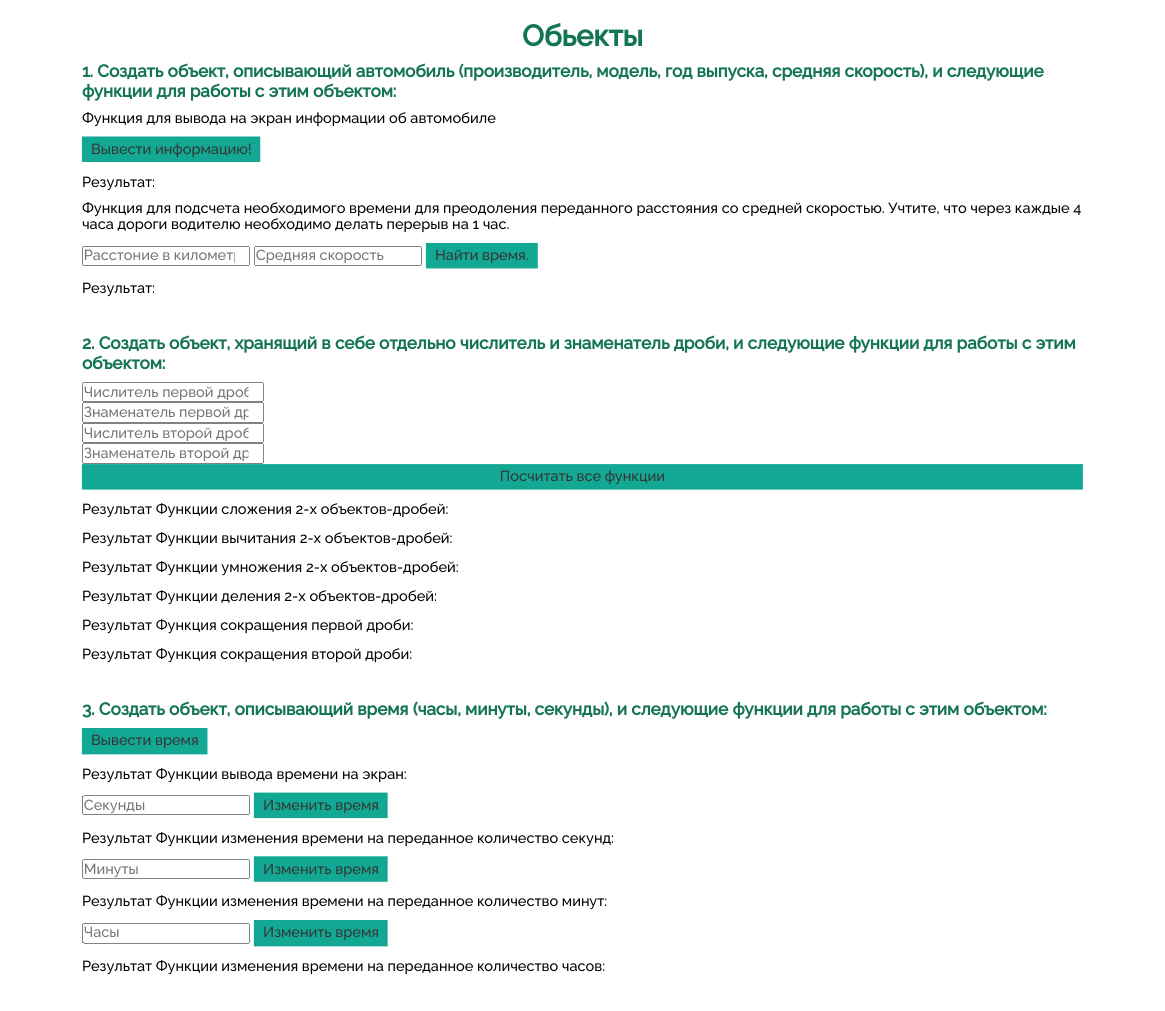
Repository: NastyaGavrilova/Beetroot-js
Page: HW4/index.html
These files come from the project's save history. The page is drawn as it stood at one moment and after the next save; the edit follows.
The browser window is 1280 px wide. The pictures show the whole page, at 91% of full size.

Above is the page before, as saved 2021-10-23 17:35:14.

### HW4/index.html
<!DOCTYPE html>
<html lang="en">
  <head>
    <meta charset="UTF-8" />
    <meta http-equiv="X-UA-Compatible" content="IE=edge" />
    <meta name="viewport" content="width=device-width, initial-scale=1.0" />
    <link
      rel="stylesheet"
      href="https://cdnjs.cloudflare.com/ajax/libs/normalize/8.0.1/normalize.min.css"
      integrity="sha512-NhSC1YmyruXifcj/KFRWoC561YpHpc5Jtzgvbuzx5VozKpWvQ+4nXhPdFgmx8xqexRcpAglTj9sIBWINXa8x5w=="
      crossorigin="anonymous"
      referrerpolicy="no-referrer"
    />
    <link rel="stylesheet" href="./index.css" />
    <link rel="shortcut icon" href="./favicon.ico" type="image/x-icon" />
    <style>
      @import url("https://fonts.googleapis.com/css2?family=Raleway:wght@300;500&display=swap");
    </style>
    <title>Objects</title>
  </head>
  <body>
    <header class="c-header">
      <div class="c-header__wrapper">
        <h1 class="c-header__title title">Обьекты</h1>
      </div>
    </header>

    <section class="c-task1 task">
      <div class="c-task1__wrapper">
        <h3 class="c-task1__title title">
          1. Создать объект, описывающий автомобиль (производитель, модель, год
          выпуска, средняя скорость), и следующие функции для работы с этим
          объектом:
        </h3>
        <p class="c-task1__paragraph">
          Функция для вывода на экран информации об автомобиле
        </p>
        <button class="c-task1__btn" id="js-task1-btn">
          Вывести информацию!
        </button>
        <p class="c-task1__result">
          Результат: <span id="js-tak1-span"></span>
        </p>
        <p class="c-task1__subparagraph">
          Функция для подсчета необходимого времени для преодоления переданного
          расстояния со средней скоростью. Учтите, что через каждые 4 часа
          дороги водителю необходимо делать перерыв на 1 час.
        </p>
        <form action="#" method="post" id="js-tak1-form">
          <input
            type="number"
            id="js-task1-input1"
            placeholder="Расстоние в километрах"
          />
          <input
            type="number"
            id="js-task1-input2"
            placeholder="Средняя скорость"
          />
          <button id="js-task1-btn1">Найти время.</button>
        </form>
        <p class="c-task1__result">
          Результат: <span id="js-task1-span1"></span>
        </p>
      </div>
    </section>

    <section class="c-task2 task">
      <div class="c-task2__wrapper">
        <h3 class="c-task2__title title">
          2. Создать объект, хранящий в себе отдельно числитель и знаменатель
          дроби, и следующие функции для работы с этим объектом:
        </h3>

        <form action="#" class="c-task2-form" method="get">
          <div class="c-task2-form__wrapper">
            <input
              type="number"
              class="c-input"
              id="js-task2-input1"
              placeholder="Числитель первой дроби"
            />
            <input
              type="number"
              class="c-input"
              id="js-task2-input2"
              placeholder="Знаменатель первой дроби"
            />
            <input
              class="c-input"
              type="number"
              id="js-task2-input3"
              placeholder="Числитель второй дроби"
            />
            <input
              type="number"
              class="c-input"
              id="js-task2-input4"
              placeholder="Знаменатель второй дроби"
            />

            <button id="js-task2-btn">Посчитать все функции</button>
          </div>
        </form>
        <p class="c-task2__result">
          Результат Функции сложения 2-х объектов-дробей:
          <span id="js-task2-span1"></span>
        </p>
        <p class="c-task2__result">
          Результат Функции вычитания 2-х объектов-дробей:
          <span id="js-task2-span2"></span>
        </p>
        <p class="c-task2__result">
          Результат Функции умножения 2-х объектов-дробей:
          <span id="js-task2-span3"></span>
        </p>
        <p class="c-task2__result">
          Результат Функции деления 2-х объектов-дробей:
          <span id="js-task2-span4"></span>
        </p>
        <p class="c-task2__result">
          Результат Функция сокращения первой дроби:
          <span id="js-task2-span5"></span>
        </p>
        <p class="c-task2__result">
          Результат Функция сокращения второй дроби:
          <span id="js-task2-span6"></span>
        </p>
      </div>
    </section>

    <section class="c-task3 task">
      <div class="c-task3__wrapper">
        <h3 class="c-task3__title title">
          3. Создать объект, описывающий время (часы, минуты, секунды), и
          следующие функции для работы с этим объектом:
        </h3>
        <button id="js-task3-btn1">Вывести время</button>
        <p class="c-task3__result">
          Результат Функции вывода времени на экран:
          <span id="js-task3-span1"></span>
        </p>
        <form action="#" class="c-task2-form1" method="get">
          <input type="number" id="js-task3-input1" placeholder="Секунды" />
          <button id="js-task3-btn2">Изменить время</button>
        </form>
        <p class="c-task3__result">
          Результат Функции изменения времени на переданное количество секунд:
          <span id="js-task3-span2"></span>
        </p>
        <form action="#" class="c-task2-form2" method="get">
          <input type="number" id="js-task3-input2" placeholder="Минуты" />
          <button id="js-task3-btn3">Изменить время</button>
        </form>
        <p class="c-task3__result">
          Результат Функции изменения времени на переданное количество минут:
          <span id="js-task3-span3"></span>
        </p>
        <form action="#" class="c-task2-form3" method="get">
          <input type="number" id="js-task3-input3" placeholder="Часы" />
          <button id="js-task3-btn4">Изменить время</button>
        </form>
        <p class="c-task3__result">
          Результат Функции изменения времени на переданное количество часов:
          <span id="js-task3-span4"></span>
        </p>
        <!-- <p class="c-task3__result">
          Результат Функции изменения времени на переданное количество секунд:
          <span id="js-task3-span2"></span>
        </p>
        <p class="c-task3__result">
          Результат Функции изменения времени на переданное количество минут:
          <span id="js-task3-span3"></span>
        </p>
        <p class="c-task3__result">
          Результат Функции изменения времени на переданное количество часов:
          <span id="js-task3-span4"></span> -->
        <!-- </p> -->
      </div>
    </section>
    <script src="./index.js"></script>
  </body>
</html>

### HW4/index.css
* {
  box-sizing: border-box;
  padding: 0;
  margin: 0;
}

body {
  max-width: 1200px;
  margin: 0 auto;
  font-family: "Raleway", sans-serif;
}
.c-header {
  text-align: center;
}

.task {
  padding: 0 50px 30px 50px;
}
.title {
  margin-bottom: 10px;
  color: rgb(20, 117, 85);
}
p {
  margin-bottom: 10px;
  font-weight: 500;
}
span {
  font-size: 19px;
  font-weight: 500;
}
button {
  border: none;
  background-color: rgb(19, 168, 148);
  color: rgb(54, 53, 53);
  margin-bottom: 10px;
  font-weight: 500;
  padding: 5px 10px;
  cursor: pointer;
}
button:active {
  transform: scale(0.9);
}
.c-task2-form__wrapper {
  display: flex;
  flex-direction: column;
}
.c-input {
  max-width: 200px;
}

/* display: flex;
flex-direction: column; */

### HW4/index.js
// task 1
let car = {
  producer: "Volkswagen",
  model: "Tiguan",
  year: 2007,
  avgSpeed: 120,
};

let btn1 = document.getElementById("js-task1-btn");
btn1.addEventListener("click", (e) => {
  let information = document.getElementById("js-tak1-span");
  return (information.innerHTML =
    "Producer: " +
    car.producer +
    ",\nModel: " +
    car.model +
    ",\nAge of issue: " +
    car.year +
    ",\nAverage speed: " +
    car.avgSpeed +
    " km/h");
});

let btn1_1 = document.getElementById("js-task1-btn1");
btn1_1.addEventListener("click", (event) => {
  event.preventDefault();
  const distance = document.getElementById("js-task1-input1");
  const averageSpeed = document.getElementById("js-task1-input2");
  let time = document.getElementById("js-task1-span1");
  let timeInWay = Math.round(distance.value / averageSpeed.value);
  let timeInRest =
    timeInWay % 4 == 0 ? ((timeInWay / 4) | 0) - 1 : (timeInWay / 4) | 0;
  let timeTotal = timeInWay + timeInRest;
  return (time.innerHTML = timeTotal);
});

// task 2
let firstNumerator = document.getElementById("js-task2-input1");
let firstDenominator = document.getElementById("js-task2-input2");
let secondNumerator = document.getElementById("js-task2-input3");
let secondDenominator = document.getElementById("js-task2-input4");

function Fraction(upNumber, downNumber) {
  return { upNumber: upNumber, downNumber: downNumber };
}
let firstFraction = Fraction(firstNumerator, firstDenominator);
let secondFraction = Fraction(secondNumerator, secondDenominator);

function fracAddition(obj1, obj2) {
  let addition = document.getElementById("js-task2-span1");
  let resultUpNumber =
    obj1.upNumber.value * obj2.downNumber.value +
    obj2.upNumber.value * obj1.downNumber.value;
  let resultDownNumber = obj1.downNumber.value * obj2.downNumber.value;
  if (obj1.upNumber.value != 0 || obj2.upNumber.value != 0) {
    if (obj1.downNumber.value != 0 && obj2.downNumber.value != 0) {
      return (addition.innerHTML = `${resultUpNumber}/${resultDownNumber}`);
    } else {
      return (addition.innerHTML = "Деление на 0 невозможно!");
    }
  } else {
    return (addition.innerHTML = 0);
  }
}
function fracSubtraction(obj1, obj2) {
  let subtraction = document.getElementById("js-task2-span2");
  let resultUpNumber =
    obj1.upNumber.value * obj2.downNumber.value -
    obj2.upNumber.value * obj1.downNumber.value;
  let resultDownNumber = obj1.downNumber.value * obj2.downNumber.value;
  if (obj1.upNumber.value != 0 || obj2.upNumber.value != 0) {
    if (obj1.downNumber.value != 0 && obj2.downNumber.value != 0) {
      return (subtraction.innerHTML = `${resultUpNumber}/${resultDownNumber}`);
    } else {
      return (subtraction.innerHTML = "Деление на 0 невозможно!");
    }
  } else {
    return (subtraction.innerHTML = 0);
  }
}
function fracMiltiplicatin(obj1, obj2) {
  let multiplication = document.getElementById("js-task2-span3");
  let resultUpNumber = obj1.upNumber.value * obj2.upNumber.value;
  let resultDownNumber = obj1.downNumber.value * obj2.downNumber.value;
  if (obj1.upNumber.value != 0 && obj2.upNumber.value != 0) {
    if (obj1.downNumber.value != 0 && obj2.downNumber.value != 0) {
      return (multiplication.innerHTML = `${resultUpNumber}/${resultDownNumber}`);
    } else {
      return (multiplication.innerHTML = "Деление на 0 невозможно!");
    }
  } else {
    return (multiplication.innerHTML = 0);
  }
}
function fracDevision(obj1, obj2) {
  let devision = document.getElementById("js-task2-span4");
  let resultUpNumber = obj1.upNumber.value * obj2.downNumber.value;
  let resultDownNumber = obj1.downNumber.value * obj2.upNumber.value;
  if (obj1.downNumber.value != 0 && obj2.upNumber.value != 0) {
    if (obj1.upNumber.value != 0 && obj2.downNumber.value != 0) {
      return (devision.innerHTML = `${resultUpNumber}/${resultDownNumber}`);
    } else {
      return (devision.innerHTML = 0);
    }
  } else {
    return (devision.innerHTML = "Деление на 0 невозможно!");
  }
}

function fracReductionFirst(obj1) {
  let reduction = document.getElementById("js-task2-span5");
  let n;
  let d;

  for (var i = 2; i <= obj1.upNumber.value; i++) {
    if (obj1.upNumber.value % i === 0 && obj1.downNumber.value % i === 0) {
      (n = obj1.upNumber.value / i), (d = obj1.downNumber.value / i);
    }
  }

  if (obj1.upNumber.value != 0) {
    if (obj1.downNumber.value != 0) {
      return (reduction.innerHTML = n + "/" + d);
    } else {
      return (reduction.innerHTML = "Деление на 0 невозможно!");
    }
  } else {
    return (reduction.innerHTML = "Невозможно сократить дробь");
  }
}
function fracReductionSeocnd(obj2) {
  let reduction1 = document.getElementById("js-task2-span6");
  let n1;
  let d1;
  for (var j = 2; j <= obj2.upNumber.value; j++) {
    if (obj2.upNumber.value % j === 0 && obj2.downNumber.value % j === 0) {
      (n1 = obj2.upNumber.value / j), (d1 = obj2.downNumber.value / j);
    }
  }
  if (obj2.upNumber.value != 0) {
    if (obj2.downNumber.value != 0) {
      return (reduction1.innerHTML = n1 + "/" + d1);
    } else {
      return (reduction1.innerHTML = "Деление на 0 невозможно!");
    }
  } else {
    return (reduction1.innerHTML = "Невозможно сократить дробь");
  }
}
let btn2 = document.getElementById("js-task2-btn");
btn2.addEventListener("click", (et) => {
  et.preventDefault();
  fracAddition(firstFraction, secondFraction);
  fracSubtraction(firstFraction, secondFraction);
  fracMiltiplicatin(firstFraction, secondFraction);
  fracDevision(firstFraction, secondFraction);
  fracReductionFirst(firstFraction);
  fracReductionSeocnd(secondFraction);
});

// task 3

let btn3 = document.getElementById("js-task3-btn1");
let btn31 = document.getElementById("js-task3-btn2");
let btn32 = document.getElementById("js-task3-btn3");
let btn33 = document.getElementById("js-task3-btn4");

let objTime = {
  hours: 12,
  minutes: 45,
  seconds: 17,
  showTime: function (spanEl) {
    return (spanEl.innerHTML = `${this.hours}:${this.minutes}:${this.seconds}`);
  },
  addSeconds: function (seconds) {
    if (seconds <= 0) {
      alert("You entered incorrect time!");
    } else if (seconds + this.seconds >= 60) {
      let differenceMin = Math.floor((this.seconds + seconds) / 60);
      this.seconds = (this.seconds + seconds) % 60;
      this.addMinutes(differenceMin);
    } else {
      this.seconds += seconds;
    }
  },
  addMinutes: function (minutes) {
    if (minutes <= 0) {
      alert("You entered incorrect time!!!");
    } else if (this.minutes + minutes >= 60) {
      let differenceHours = Math.floor((this.minutes + minutes) / 60);
      this.minutes = (this.minutes + minutes) % 60;

      this.addHours(differenceHours);
    } else {
      this.minutes += minutes;
    }
  },
  addHours: function (hours) {
    if (hours <= 0) {
      alert("You entered incorrect time!");
    } else if (hours + this.hours >= 24) {
      this.hours = (this.hours + hours) % 24;
      console.log(hours);
    } else {
      this.hours += hours;
    }
  },
};

btn3.addEventListener("click", (e) => {
  e.preventDefault();
  let showInfoTime = document.getElementById("js-task3-span1");
  objTime.showTime(showInfoTime);
});

btn33.addEventListener("click", (event) => {
  event.preventDefault();
  let hoursTime = document.getElementById("js-task3-input3");
  let showHourChange = document.getElementById("js-task3-span4");
  objTime.addHours(+hoursTime.value);
  objTime.showTime(showHourChange);
});

btn32.addEventListener("click", (e) => {
  e.preventDefault();
  let minTime = document.getElementById("js-task3-input2");
  let showMinChange = document.getElementById("js-task3-span3");
  objTime.addMinutes(+minTime.value);
  objTime.showTime(showMinChange);
});

btn31.addEventListener("click", (e) => {
  e.preventDefault();
  let secTime = document.getElementById("js-task3-input1");
  let showSecChange = document.getElementById("js-task3-span2");
  objTime.addSeconds(+secTime.value);
  objTime.showTime(showSecChange);
});

After the next save:
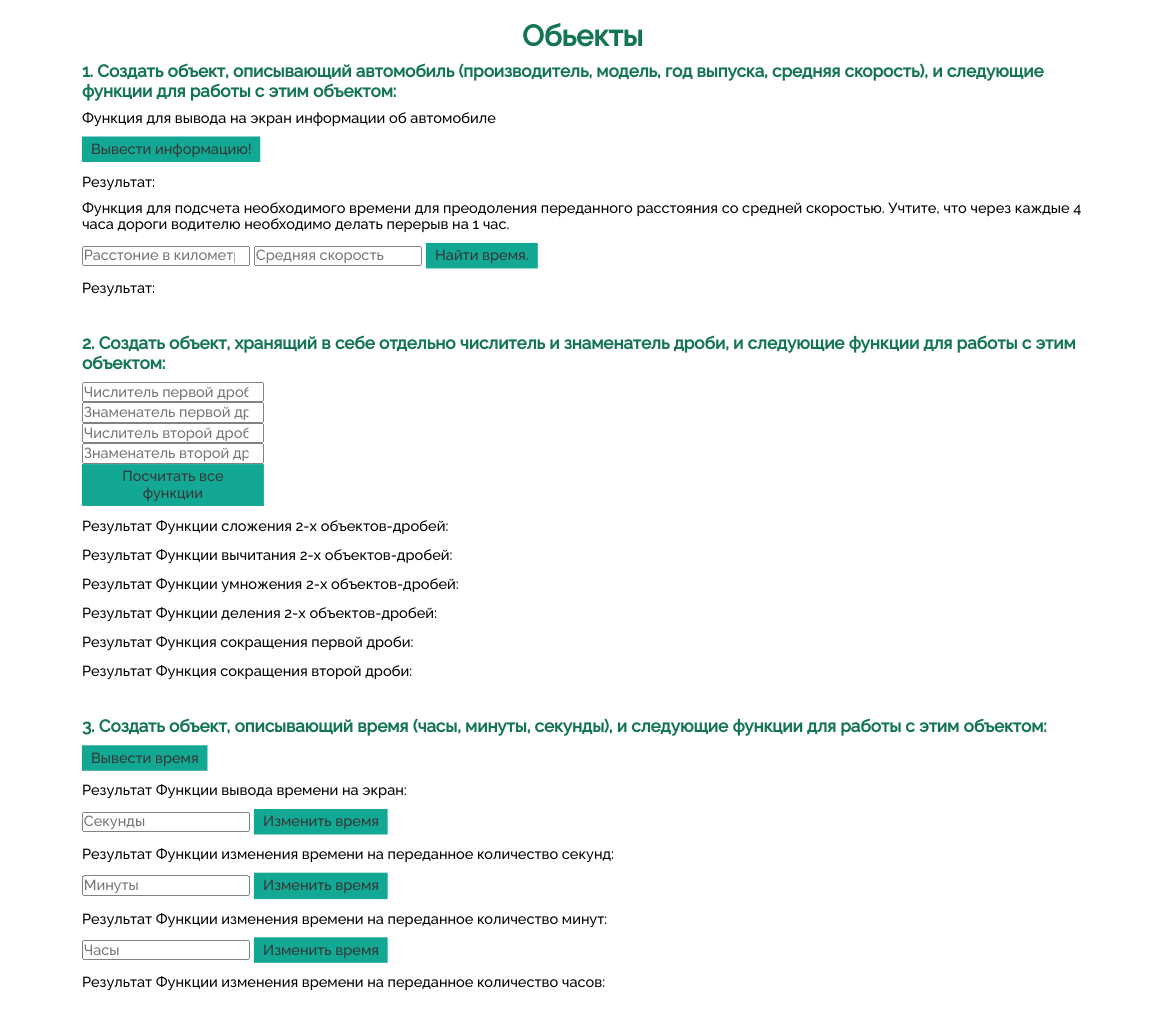
Saved 28 s later.
--- a/HW4/index.css
+++ b/HW4/index.css
@@ -47,6 +47,8 @@ button:active {
 .c-input {
   max-width: 200px;
 }
-
+#js-task2-btn {
+  max-width: 200px;
+}
 /* display: flex;
 flex-direction: column; */
